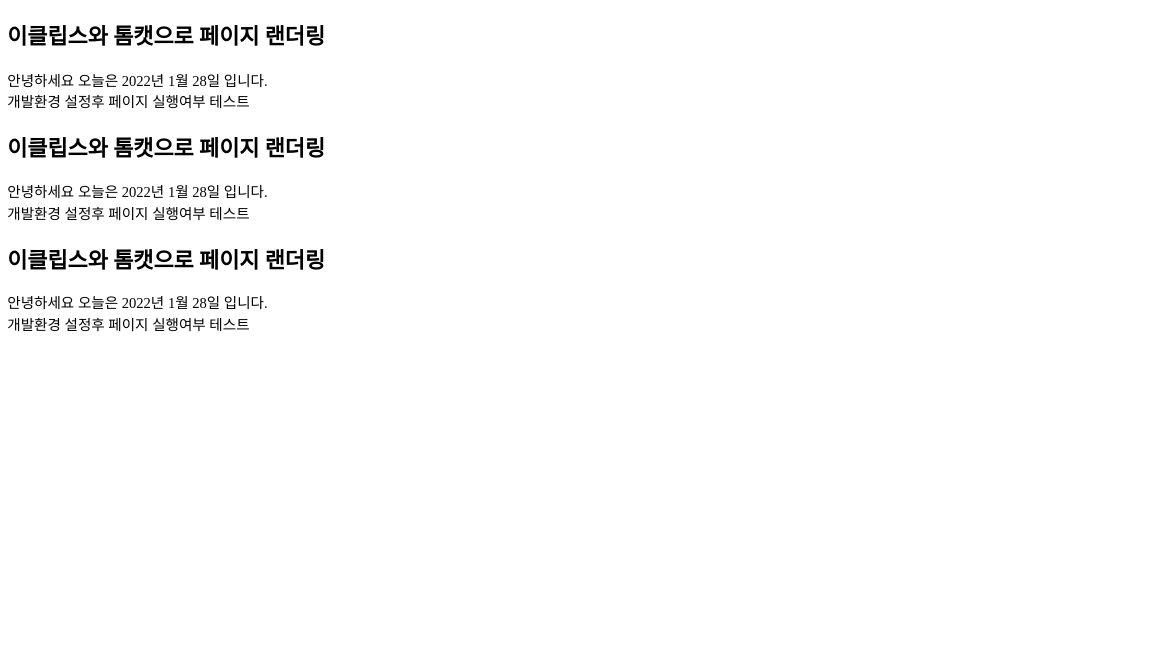
Repository: djdh94/jsp_practice
Page: http://localhost/JSPBasic/Hello.jsp
The author's editor kept a copy of each file at every save. The page is drawn from the files as they stood at one save, then again after the next save.
The browser window is 1280 px wide. The pictures show the whole page, at 91% of full size.
The page is served by Tomcat 9.

Above is the page before, as saved 2022-01-28 02:07:25.

After the next save:
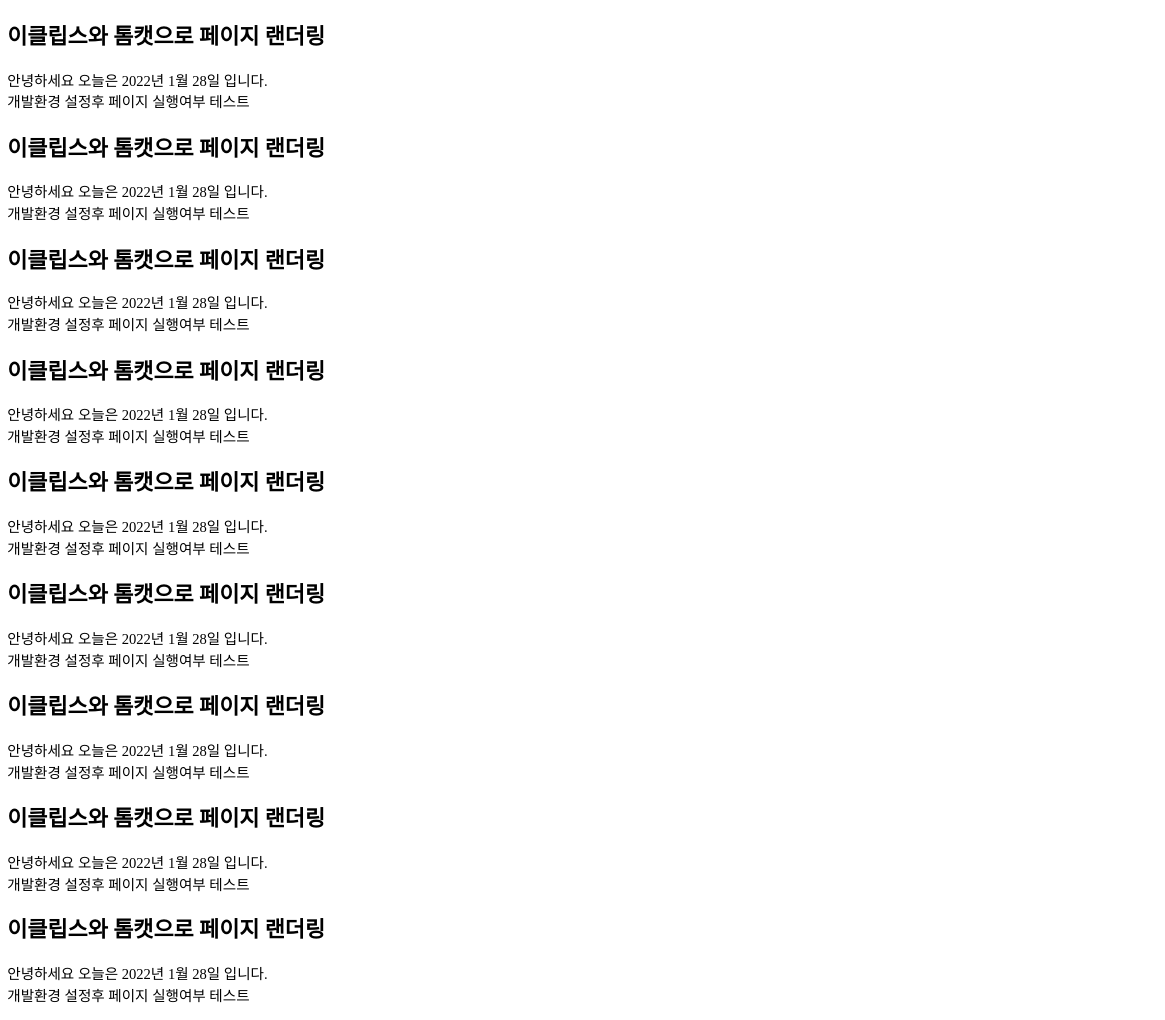
Saved 4 min 33 s later.
--- a/JSPBasic/src/main/webapp/Hello.jsp
+++ b/JSPBasic/src/main/webapp/Hello.jsp
@@ -3,10 +3,18 @@
 <!DOCTYPE html>
 <html>
 <head>
+	<script>
+	// 자바스크립트를 중간에 이렇게 삽입
+	</script>
 <meta charset="UTF-8">
 <title>JSP 1일차 공부</title>
 </head>
 <body>
+	<!-- JSP 에서는 스크립트릿이라는 태그를 이용해서
+	JS의 script태그처럼 내부에 자바 구문을 작성할 수 있습니다. -->
+	<% for(int i=0; i<3; i++){%>
+
+
 	<h2>이클립스와 톰캣으로 페이지 랜더링</h2>
 	<p>
 	안녕하세요 오늘은 2022년 1월 28일 입니다.<br/>
@@ -22,5 +30,6 @@
 	안녕하세요 오늘은 2022년 1월 28일 입니다.<br/>
 	개발환경 설정후 페이지 실행여부 테스트
 	</p>
+	<% } %>
 </body>
 </html>

After the save that followed:
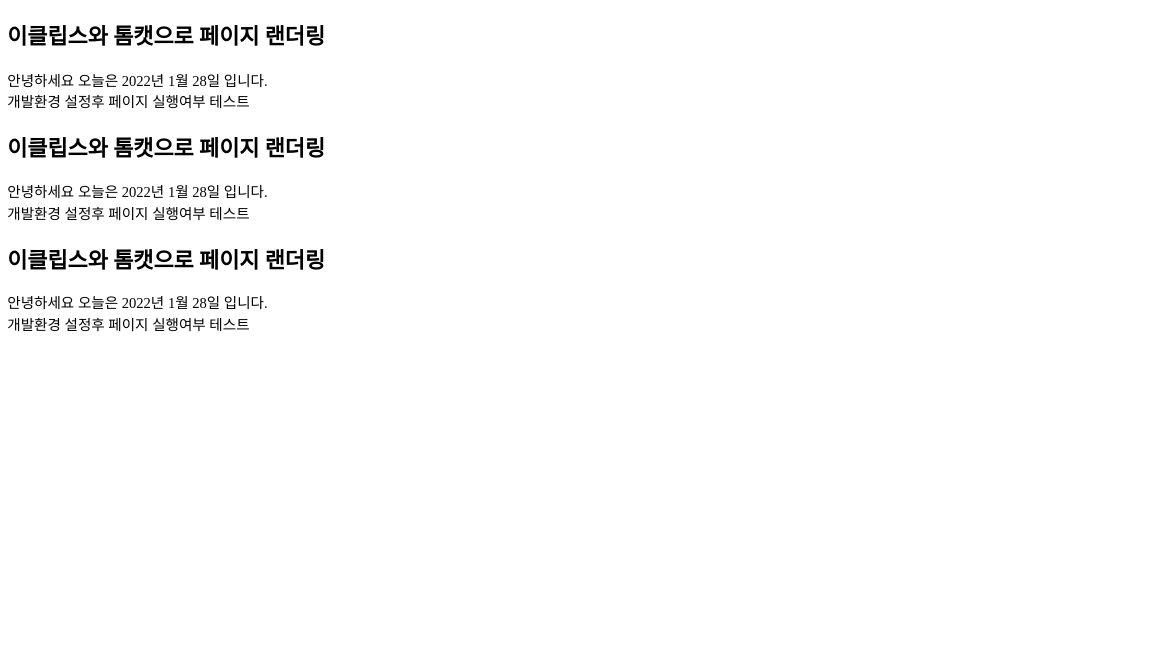
Saved 22 s later.
--- a/JSPBasic/src/main/webapp/Hello.jsp
+++ b/JSPBasic/src/main/webapp/Hello.jsp
@@ -20,16 +20,7 @@
 	안녕하세요 오늘은 2022년 1월 28일 입니다.<br/>
 	개발환경 설정후 페이지 실행여부 테스트
 	</p>
-	<h2>이클립스와 톰캣으로 페이지 랜더링</h2>
-	<p>
-	안녕하세요 오늘은 2022년 1월 28일 입니다.<br/>
-	개발환경 설정후 페이지 실행여부 테스트
-	</p>
-	<h2>이클립스와 톰캣으로 페이지 랜더링</h2>
-	<p>
-	안녕하세요 오늘은 2022년 1월 28일 입니다.<br/>
-	개발환경 설정후 페이지 실행여부 테스트
-	</p>
+
 	<% } %>
 </body>
 </html>
